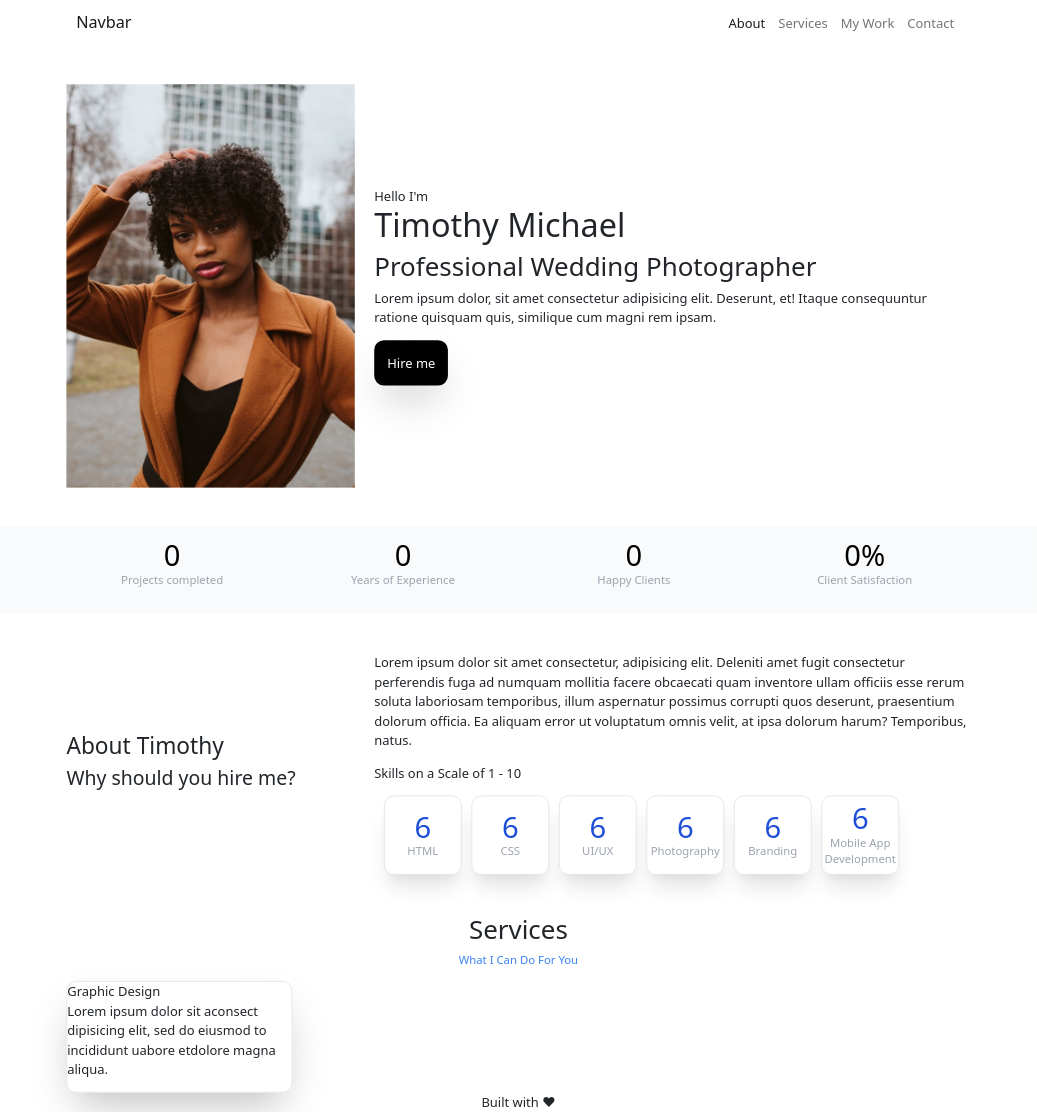
Repository: latenightsnacc/giggles
Page: HTML/freelancer.html
An editor plug-in stored every save of this project. The page is shown before and after the next save, followed by the edit.
The browser window is 1280 px wide. The pictures show the whole page, at 81% of full size.
Some web libraries are served in a nearby version.

Above is the page before, as saved 2021-01-03 15:38:36.

### HTML/freelancer.html
<!DOCTYPE html>
<html lang="en">
<head>
    <meta charset="UTF-8">
    <meta name="viewport" content="width=device-width, initial-scale=1.0">
    <link href="https://cdnjs.cloudflare.com/ajax/libs/tailwindcss/2.0.2/tailwind.min.css" rel="stylesheet">
    <link rel="stylesheet" href="https://stackpath.bootstrapcdn.com/font-awesome/4.7.0/css/font-awesome.min.css" />
    <link href="https://cdn.jsdelivr.net/npm/bootstrap@5.0.0-beta1/dist/css/bootstrap.min.css" rel="stylesheet" integrity="sha384-giJF6kkoqNQ00vy+HMDP7azOuL0xtbfIcaT9wjKHr8RbDVddVHyTfAAsrekwKmP1" crossorigin="anonymous">
    <title>Freelancer Page</title>
</head>
<body>
    <header class="container">
        <nav class="navbar navbar-expand-lg navbar-light bg-white">
            <div class="container-fluid">
              <a class="navbar-brand" href="#">Navbar</a>
              <button class="navbar-toggler" type="button" data-bs-toggle="collapse" data-bs-target="#navbarNavDropdown" aria-controls="navbarNavDropdown" aria-expanded="false" aria-label="Toggle navigation">
                <span class="navbar-toggler-icon"></span>
              </button>
              <div class="collapse navbar-collapse" id="navbarNavDropdown">
                <ul class="navbar-nav ml-auto">
                  <li class="nav-item">
                    <a class="nav-link active" aria-current="page" href="#">About</a>
                  </li>
                  <li class="nav-item">
                    <a class="nav-link" href="#">Services</a>
                  </li>
                  <li class="nav-item">
                    <a class="nav-link" href="#">My Work</a>
                  </li>
                  <li class="nav-item">
                    <a class="nav-link" href="#">Contact</a>
                  </li>
                  <!-- <li class="nav-item dropdown">
                    <a class="nav-link dropdown-toggle" href="#" id="navbarDropdownMenuLink" role="button" data-bs-toggle="dropdown" aria-expanded="false">
                      Dropdown link
                    </a>
                    <ul class="dropdown-menu" aria-labelledby="navbarDropdownMenuLink">
                      <li><a class="dropdown-item" href="#">Action</a></li>
                      <li><a class="dropdown-item" href="#">Another action</a></li>
                      <li><a class="dropdown-item" href="#">Something else here</a></li>
                    </ul>
                  </li> -->
                </ul>
              </div>
            </div>
        </nav>
    </header>
    <main>
        <!--User Banner-->
        <div class="container mt-5">
            <div class="row flex items-center h-auto">
                <div class="col-sm-12 col-md-4 col-lg-4 col-xl-4">
                    <img src="assets/userDp.jpg" alt="Profile Picture">
                </div>
                <div class="col-sm-12 col-md-8 col-lg-8 col-xl-8">
                    <div class="user-info">
                        <span>Hello I'm</span>
                        <h1>Timothy Michael</h1>
                        <h2>Professional Wedding Photographer</h2>
                        <p>Lorem ipsum dolor, sit amet consectetur adipisicing elit. Deserunt, et! Itaque consequuntur ratione quisquam quis, similique cum magni rem ipsam.</p>
                        <button class="bg-black text-white p-3 semi-bold rounded-xl shadow-2xl">Hire me</button>
                    </div>
                </div>
            </div>
        </div>
        <!--User Statisitics-->
        <div class="stats w-full bg-gray-50 flex items-center h-auto py-3 mt-5">
            <div class="container">
                <div class="row">
                    <div class="stat-box col text-center">
                        <div class="bold text-4xl text-black">0</div>
                        <p class="text-sm text-gray-400">Projects completed</p>

                    </div>
                    <div class="stat-box col text-center">
                        <div class="bold text-4xl text-black">0</div>
                        <p class="text-sm text-gray-400">Years of Experience</p>
                    </div>
                    <div class="stat-box col text-center">
                        <div class="bold text-4xl text-black">0</div>
                        <p class="text-sm text-gray-400">Happy Clients</p>
                    </div>
                    <div class="stat-box col text-center">
                        <div class="bold text-4xl text-black">0%</div>
                        <p class="text-sm text-gray-400">Client Satisfaction</p>
                    </div>
                </div>
            </div>
        </div>
        <!--About User-->
        <div class="container">
            <div class="row h-auto flex flex-row items-center">
                <div class="col-sm-12 col-md-6 col-lg-4 col-xl-4 pt-5">
                    <h3>About Timothy</h3>
                    <h4>Why should you hire me?</h4>
                </div>
                <div class="col-sm-12 col-md-6 col-lg-8 col-xl-8 pt-5">
                    <p>Lorem ipsum dolor sit amet consectetur, adipisicing elit. Deleniti amet fugit consectetur perferendis fuga ad numquam mollitia facere obcaecati quam inventore ullam officiis esse rerum soluta laboriosam temporibus, illum aspernatur possimus corrupti quos deserunt, praesentium dolorum officia. Ea aliquam error ut voluptatum omnis velit, at ipsa dolorum harum? Temporibus, natus.</p>
                    <span class="bold">Skills on a Scale of 1 - 10</span>
                    <div class="d-flex flex-wrap">
                        <div class="skill-box shadow-xl max-w-sm w-24 p-2 ml-3 mt-3 border border-gray-100 rounded-xl flex flex-col items-center justify-center text-center">

                            <span class="text-blue-700 bold text-4xl">6</span>
                            <div class="text-sm text-gray-400">HTML</div>
                        </div>
                        <div class="skill-box shadow-xl max-w-sm w-24 p-2 ml-3 mt-3 border border-gray-100 rounded-xl flex flex-col items-center justify-center text-center">

                            <span class="text-blue-700 bold text-4xl">6</span>
                            <div class="text-sm text-gray-400">CSS</div>
                        </div>
                        <div class="skill-box shadow-xl max-w-sm w-24 p-2 ml-3 mt-3 border border-gray-100 rounded-xl flex flex-col items-center justify-center text-center">

                            <span class="text-blue-700 bold text-4xl">6</span>
                            <div class="text-sm text-gray-400">UI/UX</div>
                        </div>
                        <div class="skill-box shadow-xl max-w-sm w-24 p-2 ml-3 mt-3 border border-gray-100 rounded-xl flex flex-col items-center justify-center text-center">

                            <span class="text-blue-700 bold text-4xl">6</span>
                            <div class="text-sm text-gray-400">Photography</div>
                        </div>
                        <div class="skill-box shadow-xl max-w-sm w-24 p-2 ml-3 mt-3 border border-gray-100 rounded-xl flex flex-col items-center justify-center text-center">

                            <span class="text-blue-700 bold text-4xl">6</span>
                            <div class="text-sm text-gray-400">Branding</div>
                        </div>
                        <div class="skill-box shadow-xl max-w-sm w-24 p-2 ml-3 mt-3 border border-gray-100 rounded-xl flex flex-col items-center justify-center text-center">

                            <span class="text-blue-700 bold text-4xl">6</span>
                            <div class="text-sm text-gray-400">Mobile App Development</div>
                        </div>
                    </div>
                </div>
            </div>
        </div>
        <!--Services User Provides-->
        <div class="container mt-5">
            <h2 class="text-center">Services</h2>
            <p class="text-blue-500 text-sm capitalize text-center">What I can do for you</p>
            <div class="d-flex flex-wrap">
                <div class="col-3 shadow-2xl border border-gray-100 rounded-xl">
                    <div class="service-title">Graphic Design</div>
                    <p>Lorem ipsum dolor sit aconsect dipisicing elit, sed do eiusmod to incididunt uabore etdolore magna aliqua.</p>
                </div>
            </div>

        </div>
    </main>
    <footer class="text-center">Built with &hearts; </footer>
    <script src="https://cdn.jsdelivr.net/npm/bootstrap@5.0.0-beta1/dist/js/bootstrap.bundle.min.js" integrity="sha384-ygbV9kiqUc6oa4msXn9868pTtWMgiQaeYH7/t7LECLbyPA2x65Kgf80OJFdroafW" crossorigin="anonymous"></script>

</body>
</html>

After the next save:
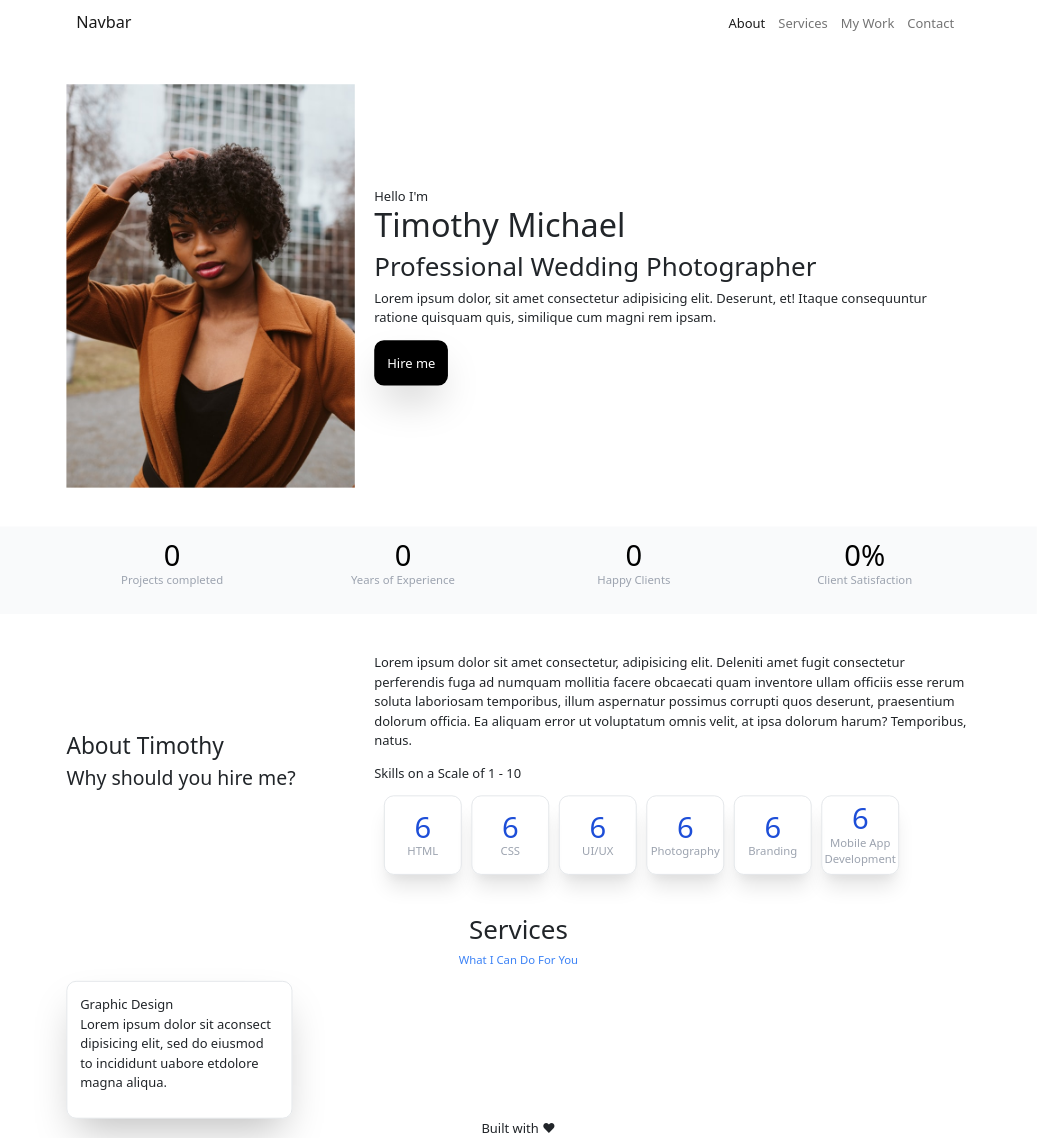
Saved 9 s later.
--- a/HTML/freelancer.html
+++ b/HTML/freelancer.html
@@ -137,7 +137,7 @@
             <h2 class="text-center">Services</h2>
             <p class="text-blue-500 text-sm capitalize text-center">What I can do for you</p>
             <div class="d-flex flex-wrap">
-                <div class="col-3 shadow-2xl border border-gray-100 rounded-xl">
+                <div class="col-3 shadow-2xl border border-gray-100 rounded-xl p-3">
                     <div class="service-title">Graphic Design</div>
                     <p>Lorem ipsum dolor sit aconsect dipisicing elit, sed do eiusmod to incididunt uabore etdolore magna aliqua.</p>
                 </div>
